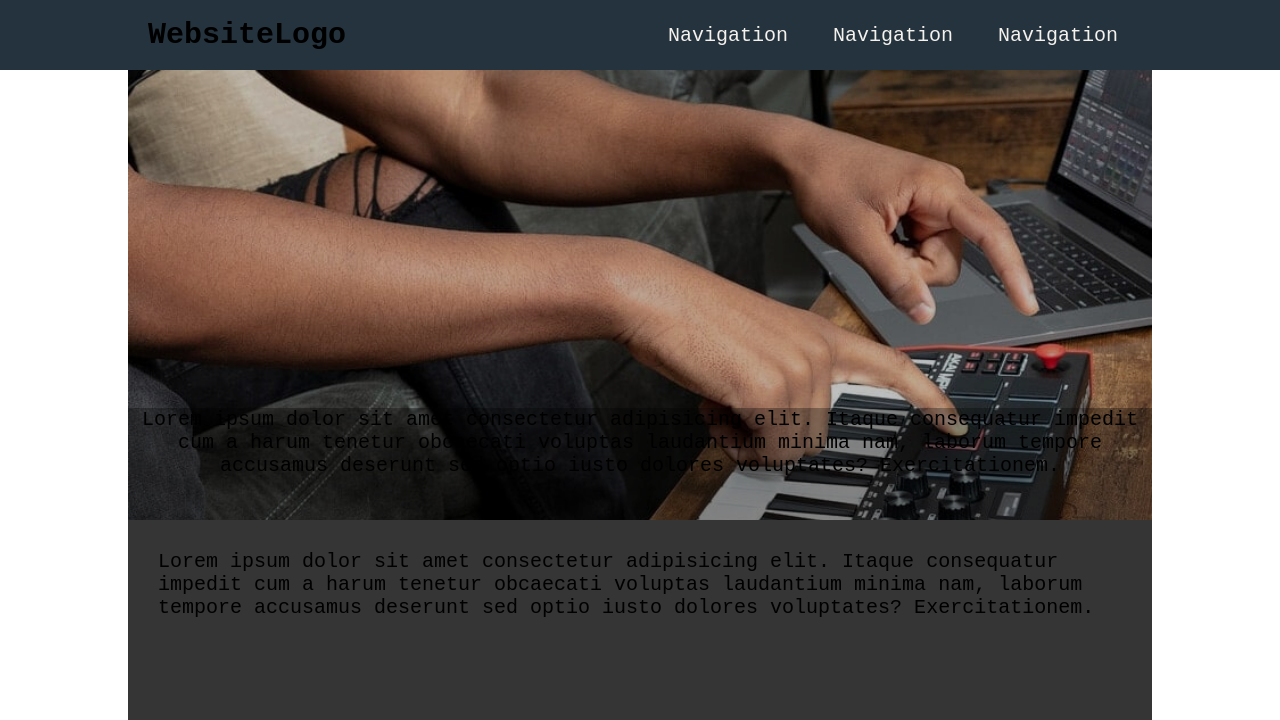
Repository: piotrokrutniak/Projekt-Studia
Page: index.html
The author's editor kept a copy of each file at every save. The page is drawn from the files as they stood at one save, then again after the next save.
The browser window is 1280 px wide. The pictures show the whole page.

Above is the page before, as saved 2023-03-04 14:14:36.

After the next save:
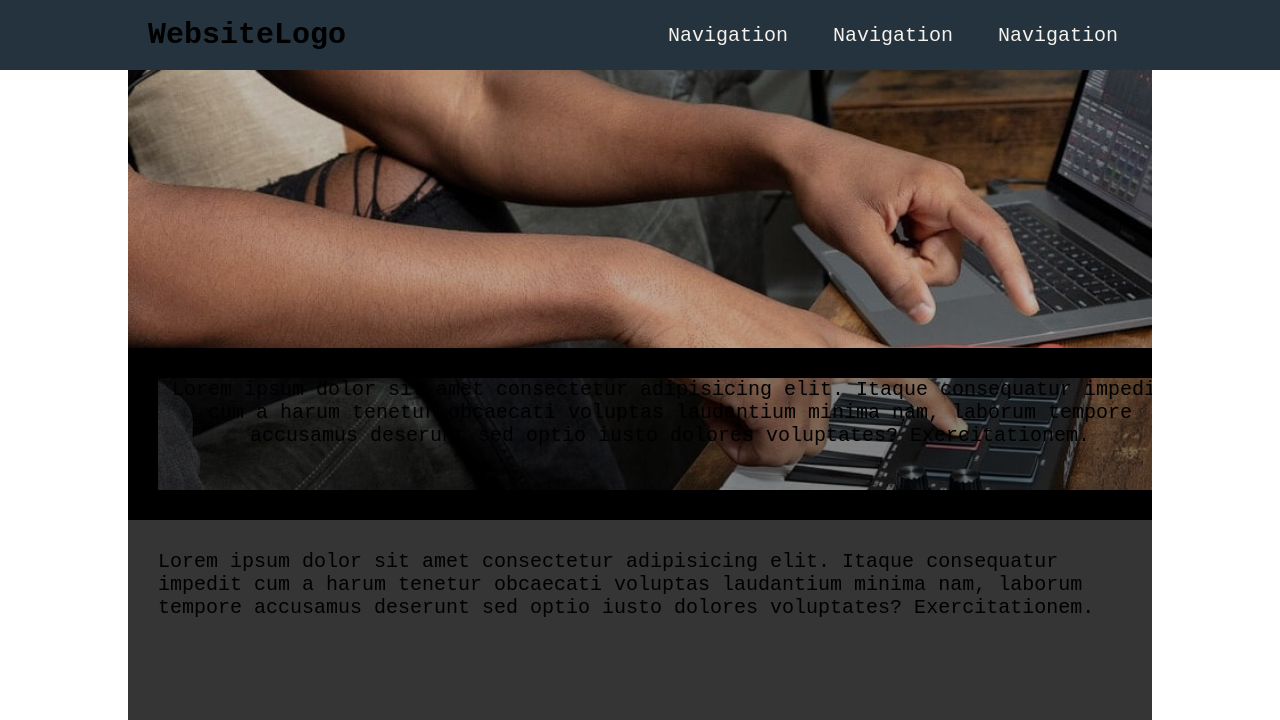
Saved 6 s later.
--- a/styles.css
+++ b/styles.css
@@ -145,7 +145,7 @@ a{
     height: 25%;
     min-height: 50px;
     width: 100%;
-    border: 30px;
+    border: 30px solid;
 }
 
 .text-section{

After the save that followed:
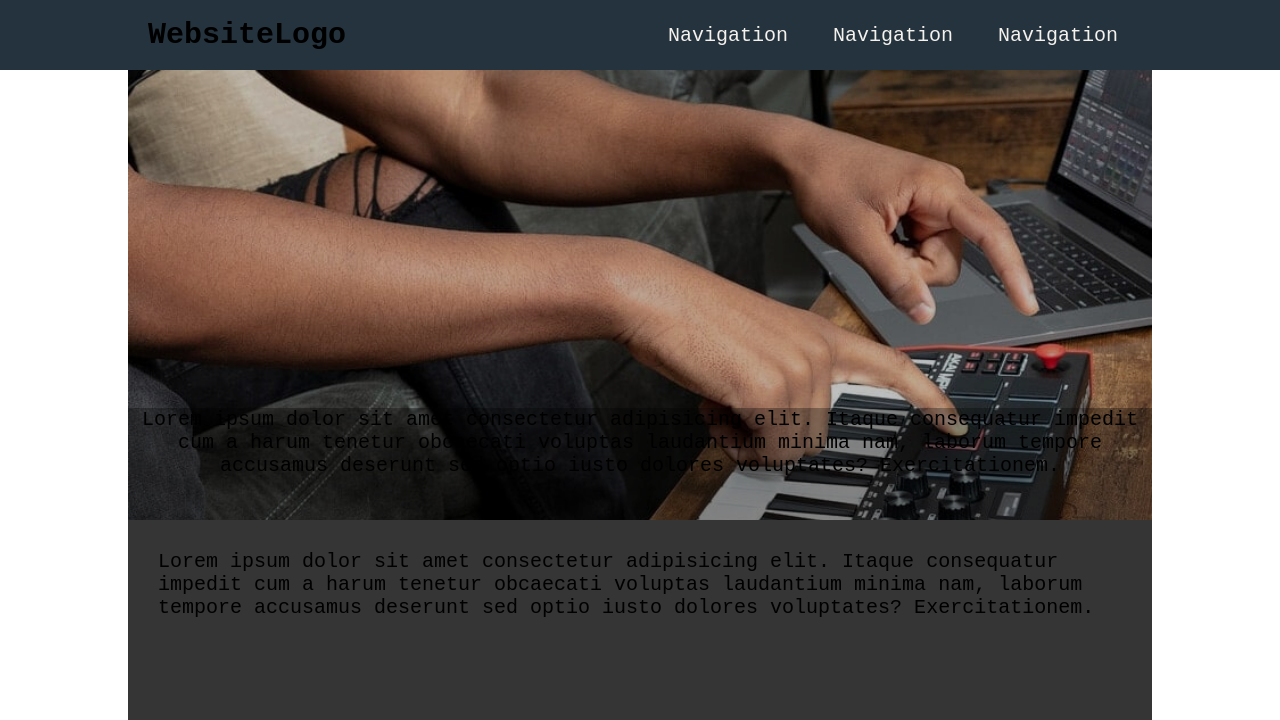
Saved 38 s later.
--- a/styles.css
+++ b/styles.css
@@ -144,8 +144,9 @@ a{
     background: rgba(0, 0, 0, 0.315);
     height: 25%;
     min-height: 50px;
-    width: 100%;
-    border: 30px solid;
+    max-width: 1024px;
+    min-width: 328px;
+
 }
 
 .text-section{
